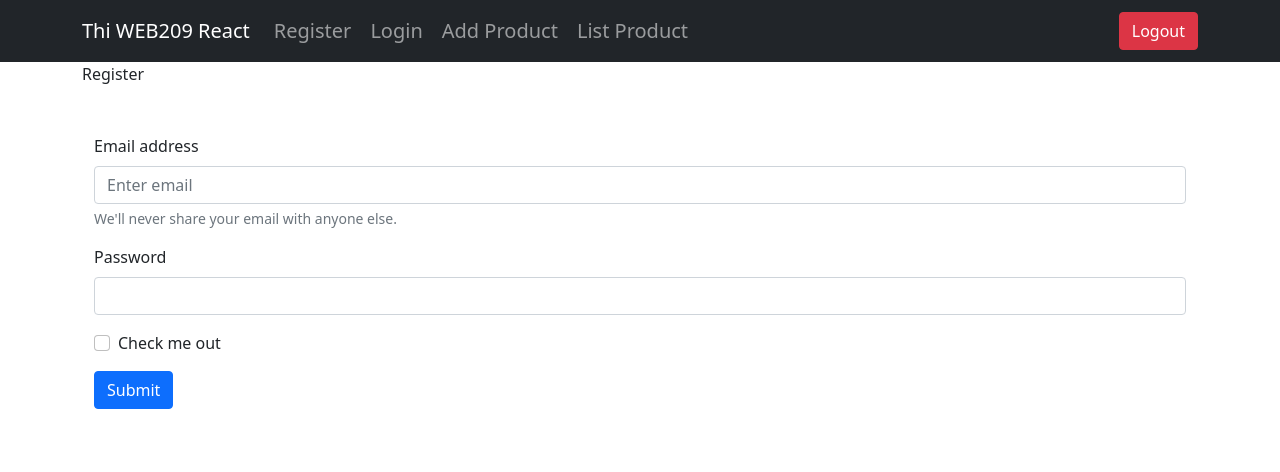
Repository: Lemon-ooo/PersonalTaskManager
Page: /register
The author's editor kept a copy of each file at every save. The page is drawn from the files as they stood at one save, then again after the next save.
The browser window is 1280 px wide. The pictures show the whole page.
The project was rebuilt for these pictures with package versions that can differ from the ones it lists, and the page was loaded fresh each time. Also part of the build but not shown: vite.config.ts, src/page/TaskList.tsx, src/page/Login.tsx, src/page/TaskAdd.tsx, src/page/TaskEdit.tsx.

Above is the page before, as saved 2025-07-26 18:44:33.

After the next save:
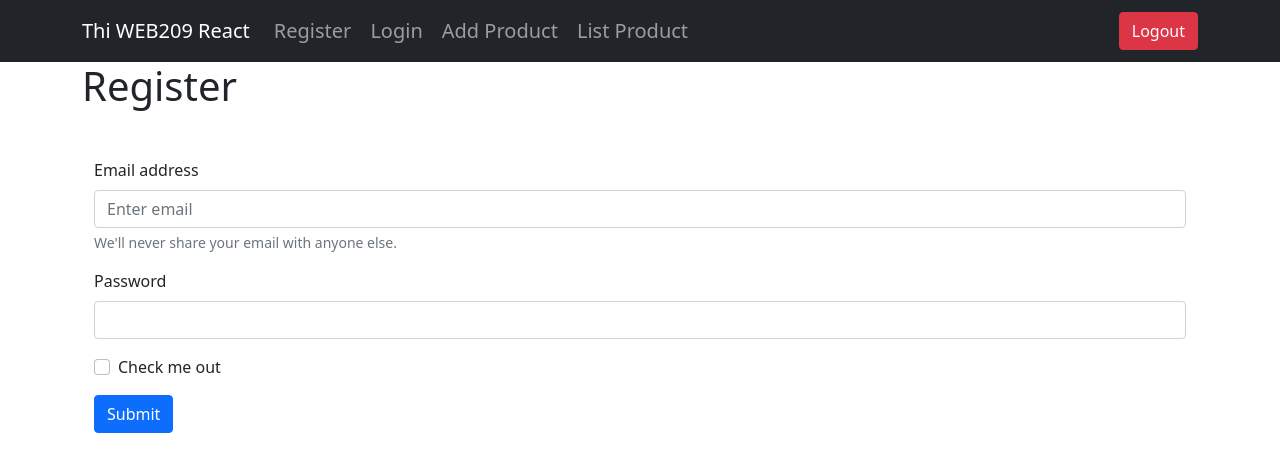
Saved 19 s later.
--- a/src/page/Register.tsx
+++ b/src/page/Register.tsx
@@ -5,7 +5,7 @@ const Register = () => {
   const { handleRegister } = useAuth();
   return (
     <div>
-      <div>Register</div>
+      <h1>Register</h1>
       <AuthForm onSubmit={handleRegister} />
     </div>
   );
